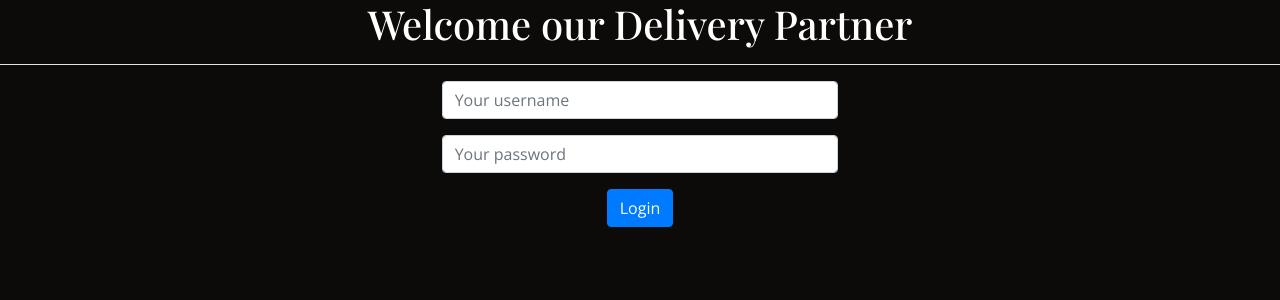
Repository: Amalraveendran/Amal
Page: http://localhost/cakehub/delLogin.jsp
The author's editor kept a copy of each file at every save. The page is drawn from the files as they stood at one save, then again after the next save.
The browser window is 1280 px wide. The pictures show the whole page.
Some web fonts or font styles are not loaded; a fallback is used. The page is served by Tomcat 9.

Above is the page before, as saved 2021-01-30 09:04:45.

After the next save:
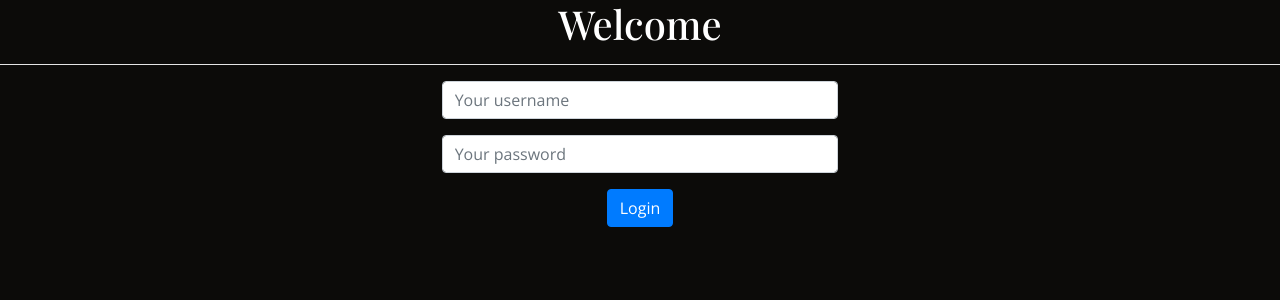
Saved 12 min 7 s later.
--- a/Eclipse Workspace/cakehub/WebContent/delLogin.jsp
+++ b/Eclipse Workspace/cakehub/WebContent/delLogin.jsp
@@ -27,7 +27,7 @@
 <body>
 <center>
 
-<h1>Welcome our Delivery Partner</h1>
+<h1>Welcome ${username}</h1>
 <hr color ="white">
 <div>
 <form action="AdminLogin" >
